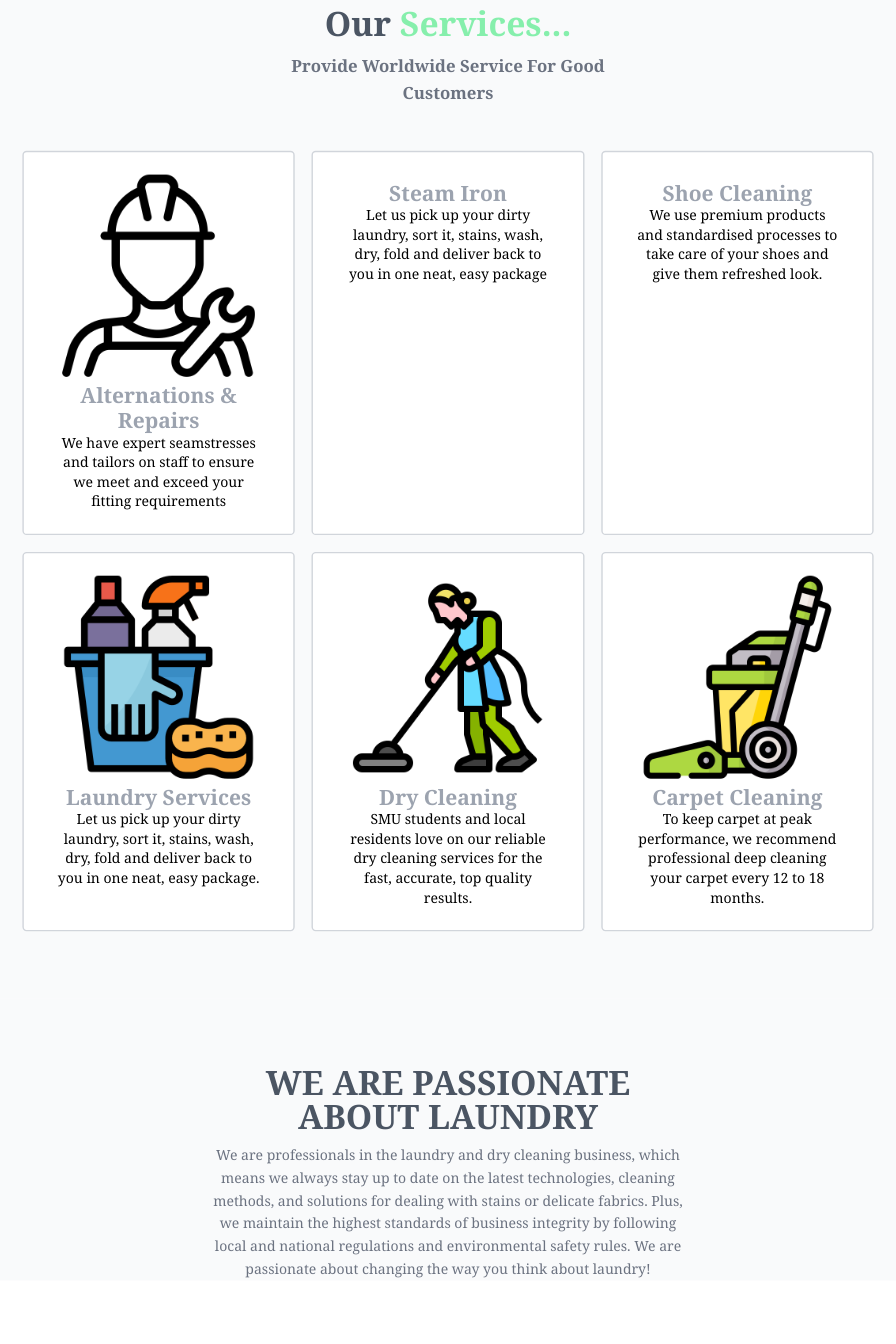
Repository: remydev47/smartlaundry
Page: /
An editor plug-in stored every save of this project. The page is shown before and after the next save, followed by the edit.
The browser window is 1280 px wide. The pictures show the part of the page from y = 1178 to 3098 px (the page is 3912 px tall before and 3413 px after), at 70% of full size.
The project was rebuilt for these pictures with package versions that can differ from the ones it lists, and the page was loaded fresh each time. The framework's server and built-in components were replaced by stand-ins that run in the browser. Also part of the build but not shown: next.config.js, components/Prices.tsx, components/Banner.tsx, components/Reasons.tsx, components/Testimonial.tsx, components/Pricing.tsx, components/Footer.tsx.

Above is the page before, as saved 2022-10-24 15:56:17.

After the next save:
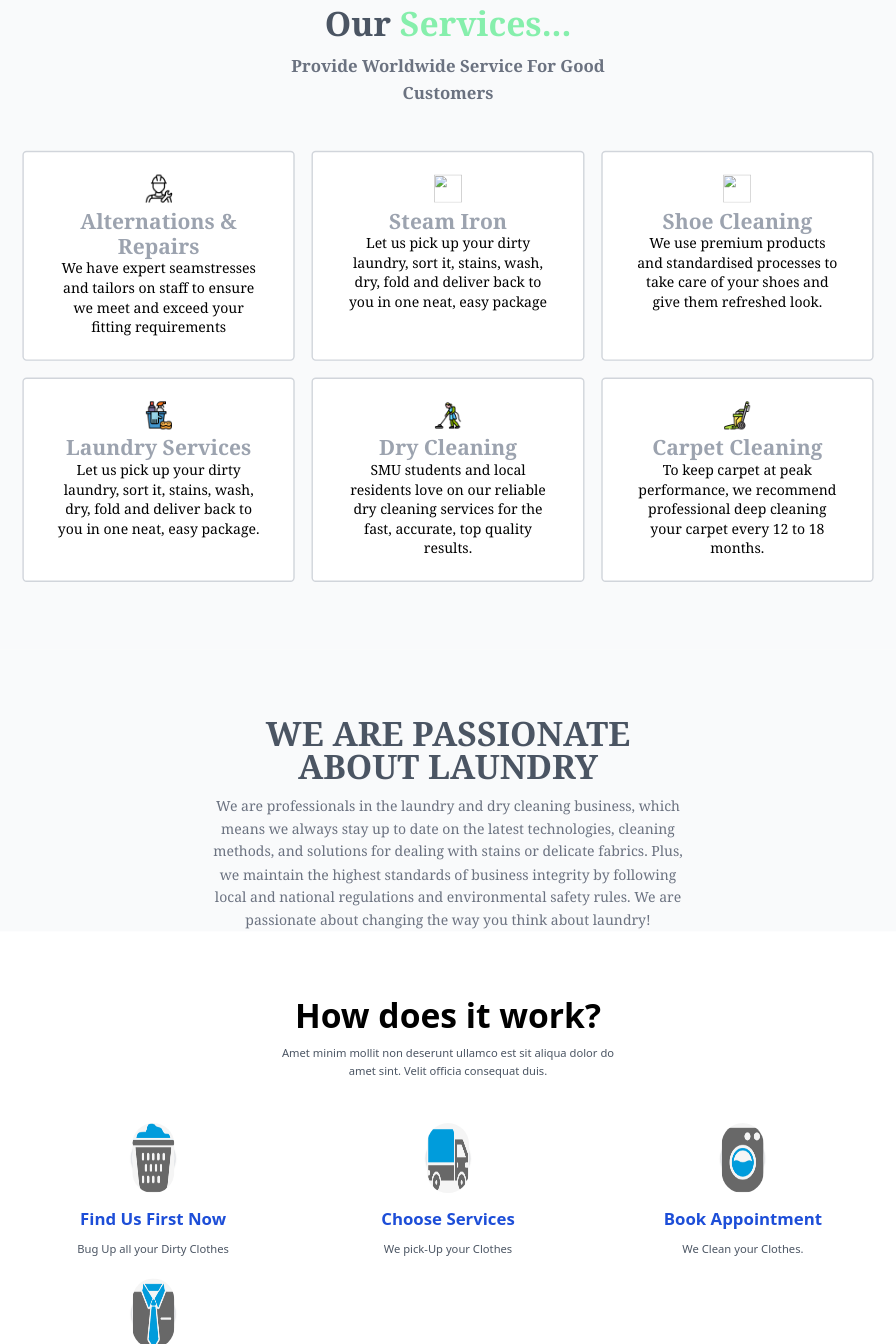
Saved 65 s later.
--- a/components/Services.tsx
+++ b/components/Services.tsx
@@ -51,7 +51,7 @@ const Services = () => {
              <div>
               <img
                src={item.image}
-               className="h-30 w-30"
+               className="h-10 w-10"
              />
              </div>
              <h2 className='font-bold font-serif text-3xl text-gray-400 text-center mt-2'>
